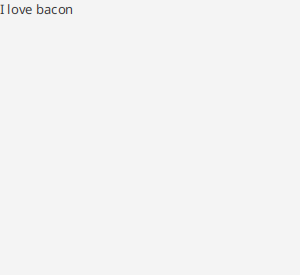
Repository: joegaBonito/JavaFX--JAVA-
Program's window: java 31,32,33 FXML/src/application/Main.java
An editor plug-in stored every save of this project. The program's window is shown before and after the next save, followed by the edit.
It runs on Java 21 on a 1366 x 768 screen with JavaFX 11; the title bar is not drawn.

Above is the program's window before, as saved 2016-02-15 04:57:20.

After the next save:
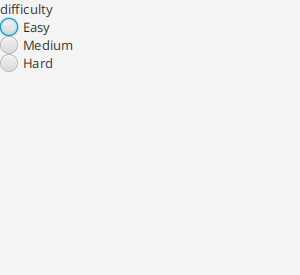
Saved 2 min 22 s later.
--- a/31,32,33 FXML/src/application/sample.fxml
+++ b/31,32,33 FXML/src/application/sample.fxml
@@ -5,9 +5,15 @@
 <VBox prefHeight="400.0" prefWidth="600.0" xmlns="http://javafx.com/javafx/8" xmlns:fx="http://javafx.com/fxml"
       fx:controller="application.Controller">
 
-    <Label text="I love bacon" fx:id="firstLabel"/>
+    <fx:define>
+    	<ToggleGroup fx:id="toggleGroup"/>
+   	</fx:define>
 
+    <Label text="difficulty"/>
 
+    <RadioButton text="Easy" toggleGroup="$toggleGroup" />
+    <RadioButton text="Medium" toggleGroup="$toggleGroup" />
+    <RadioButton text="Hard" toggleGroup="$toggleGroup" />
   	<!--  <Label text="${firstLabel.text}"/> -->
     <!--  <Button text="Submit" fx:id="button" onAction="#handleButtonClick"/> -->
 
